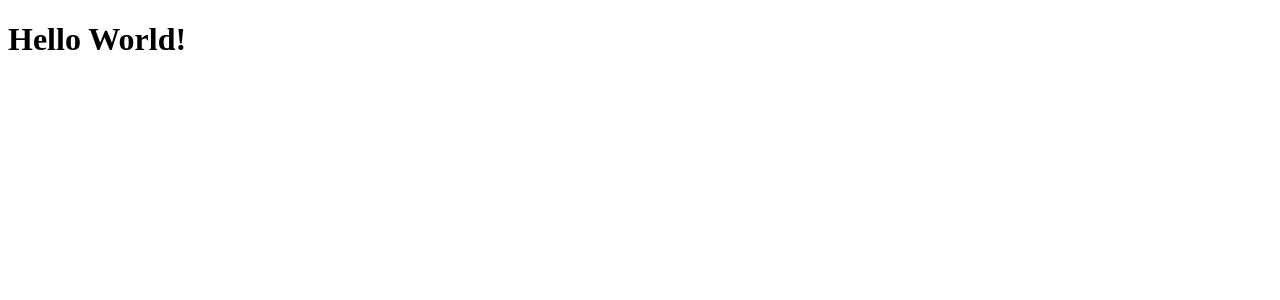
Repository: Taha486-alt/mywebsite
Page: index.html
The author's editor kept a copy of each file at every save. The page is drawn from the files as they stood at one save, then again after the next save.
The browser window is 1280 px wide. The pictures show the whole page.

Above is the page before, as saved 2021-07-14 01:50:44.

### index.html
<!DOCTYPE html>
<html lang="en">
<head>
    <link rel="stylesheet" href="style.css">
    <title>Document</title>
</head>
<body>
    <h1>Hello World!</h1>
    <p> </p>
</body>
</html>

Loaded but not shown: style.css (no stored copy; drawn as an empty file)

After the next save:
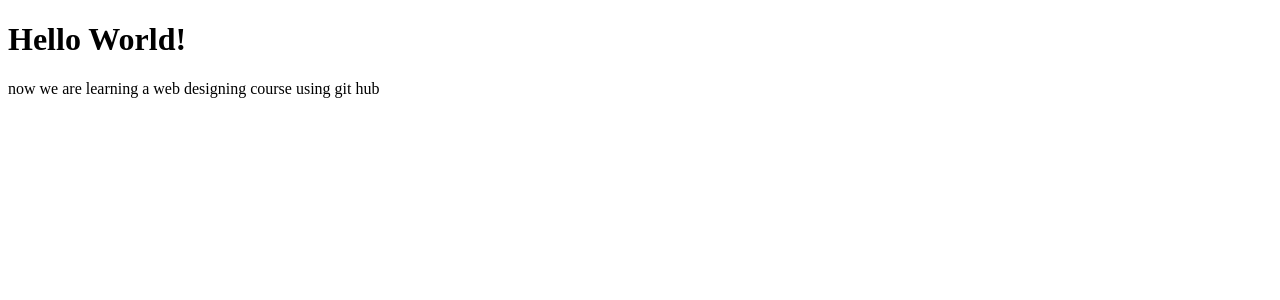
Saved 23 s later.
--- a/index.html
+++ b/index.html
@@ -6,6 +6,6 @@
 </head>
 <body>
     <h1>Hello World!</h1>
-    <p> </p>
+    <p> now we are learning a web designing course using git hub</p>
 </body>
 </html>
